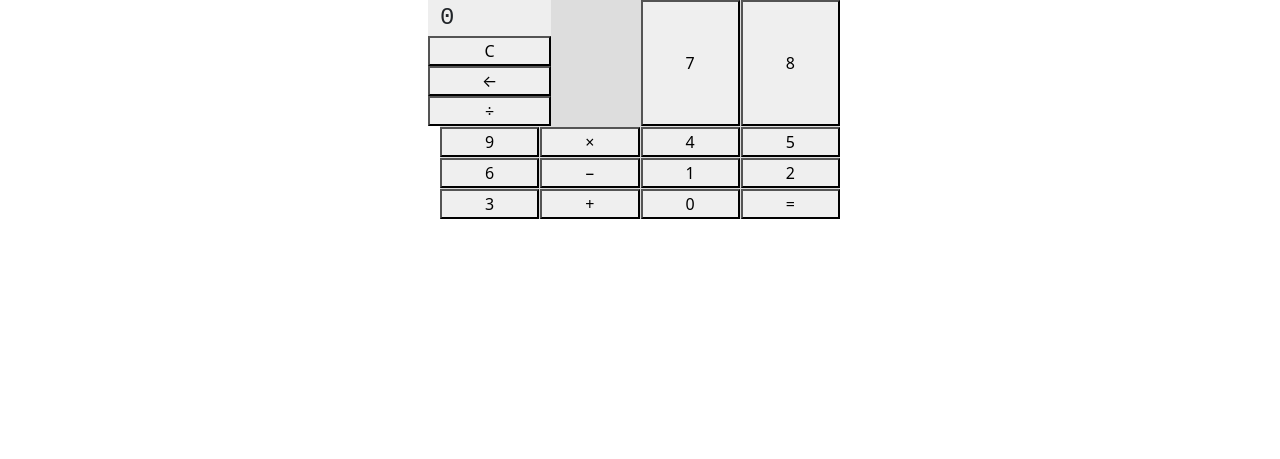
Repository: jgramirez0210/LAB-calculator
Page: index.html
An editor plug-in stored every save of this project. The page is shown before and after a run of saves, followed by the edit.
The browser window is 1280 px wide. The pictures show the whole page.

Above is the page before, as saved 2023-10-10 20:43:44.

After the next 3 saves:
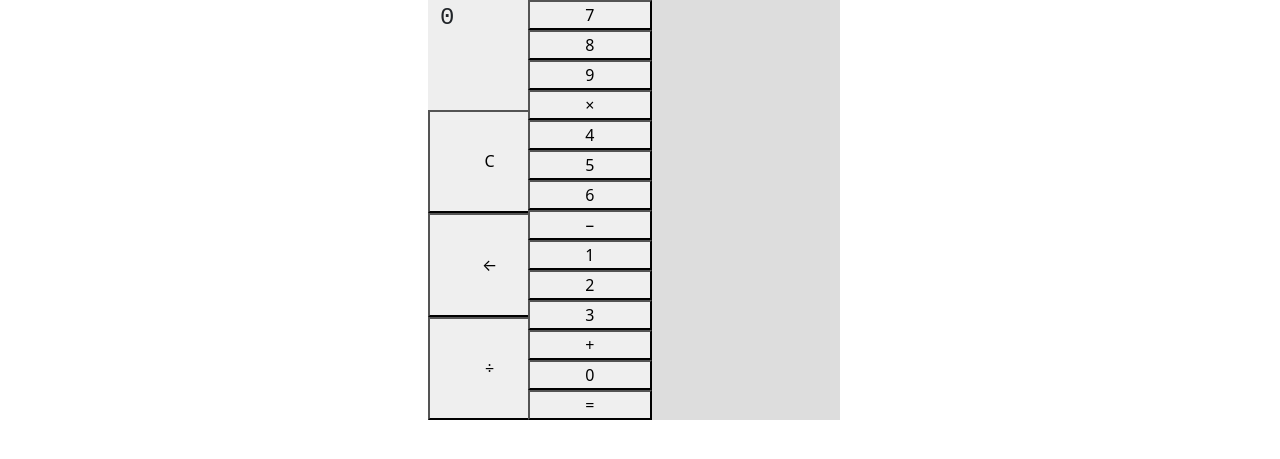
The 3 saves are shown as one change because they came seconds apart.
The last was saved 8 s later.
--- a/index.html
+++ b/index.html
@@ -15,7 +15,7 @@
     <button id="back-btn">←</button>
     <button id="divide-btn">÷</button>
   </div>
-  <div class=""row></div>
+  <div class="row">
     <button id="7">7</button>
     <button id="8">8</button>
     <button id="9">9</button>
